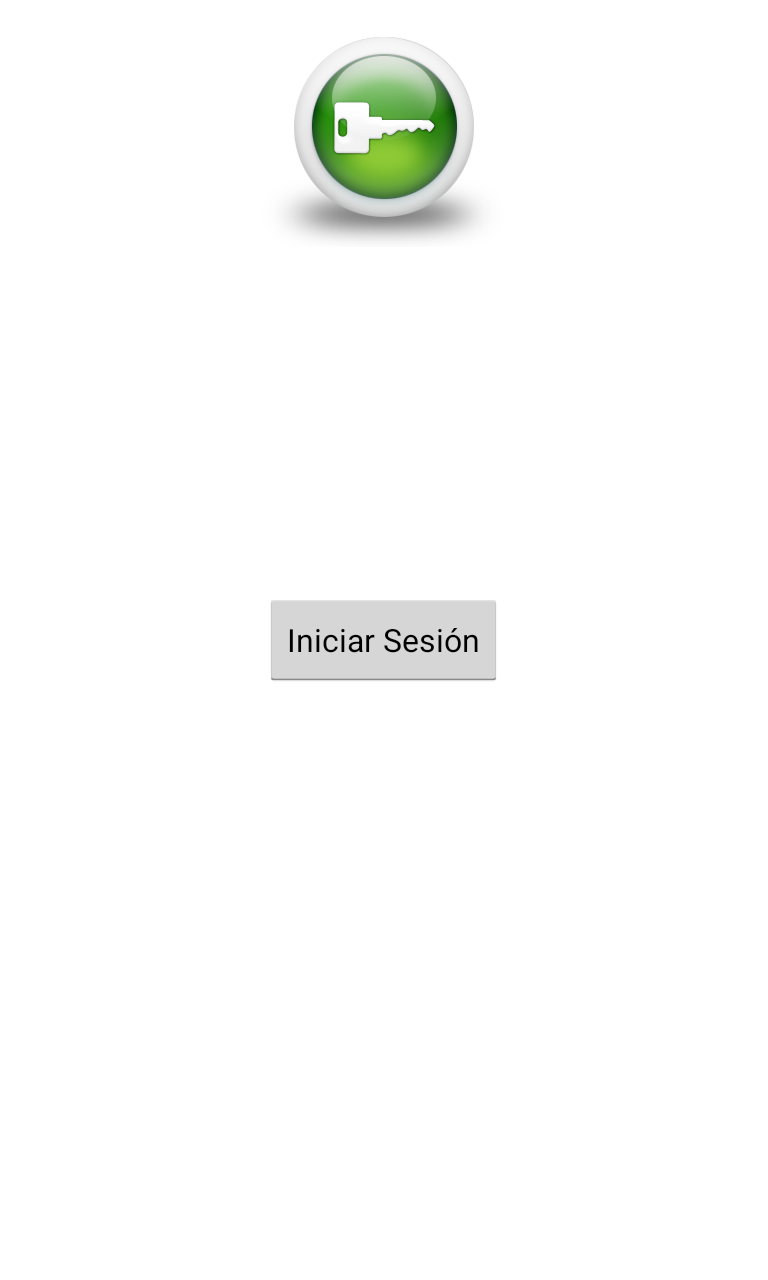
Repository: jlcd0004/sm_p11_practica1
Layout: Practica1/res/layout/fragmento2.xml
These files come from the project's save history. The layout is drawn as it stood at one moment and after the next save; the edit follows.
It is drawn on a 768 x 1280 px phone screen (xhdpi) without system bars, with theme AppTheme; the app's code is not run.

Above is the layout before, as saved 2015-10-21 19:29:47.

### Practica1/res/layout/fragmento2.xml
<?xml version="1.0" encoding="utf-8"?>
<RelativeLayout xmlns:android="http://schemas.android.com/apk/res/android"
    android:id="@+id/RelativeLayout1"
    android:layout_width="match_parent"
    android:layout_height="match_parent" >

    <ImageView
        android:id="@+id/imageView1"
        android:layout_width="wrap_content"
        android:layout_height="wrap_content"
        android:layout_alignParentLeft="true"
        android:layout_alignParentRight="true"
        android:src="@drawable/icono" />

    <Button
        android:id="@+id/button1"
        style="@style/AppTheme"
        android:layout_width="wrap_content"
        android:layout_height="wrap_content"
        android:layout_centerHorizontal="true"
        android:layout_centerVertical="true"
        android:text="@string/sesion" />

</RelativeLayout>

### Practica1/res/values/strings.xml
<?xml version="1.0" encoding="utf-8"?>
<resources>

    <string name="app_name">Practica1</string>
    <string name="hello_world">Hello world!</string>
    <string name="action_settings">Settings</string>
<string name="presentacion">José Luis Cabeza Díaz</string>
     <string name="presentacion2">Servicios Móviles, Práctica 1</string>
     <string name="sesion">Iniciar Sesión</string>

</resources>

Loaded but not shown: Practica1/res/values/styles.xml (common file); Practica1/res/values-v11/styles.xml (common file); Practica1/res/values-v14/styles.xml (common file)

After the next save:
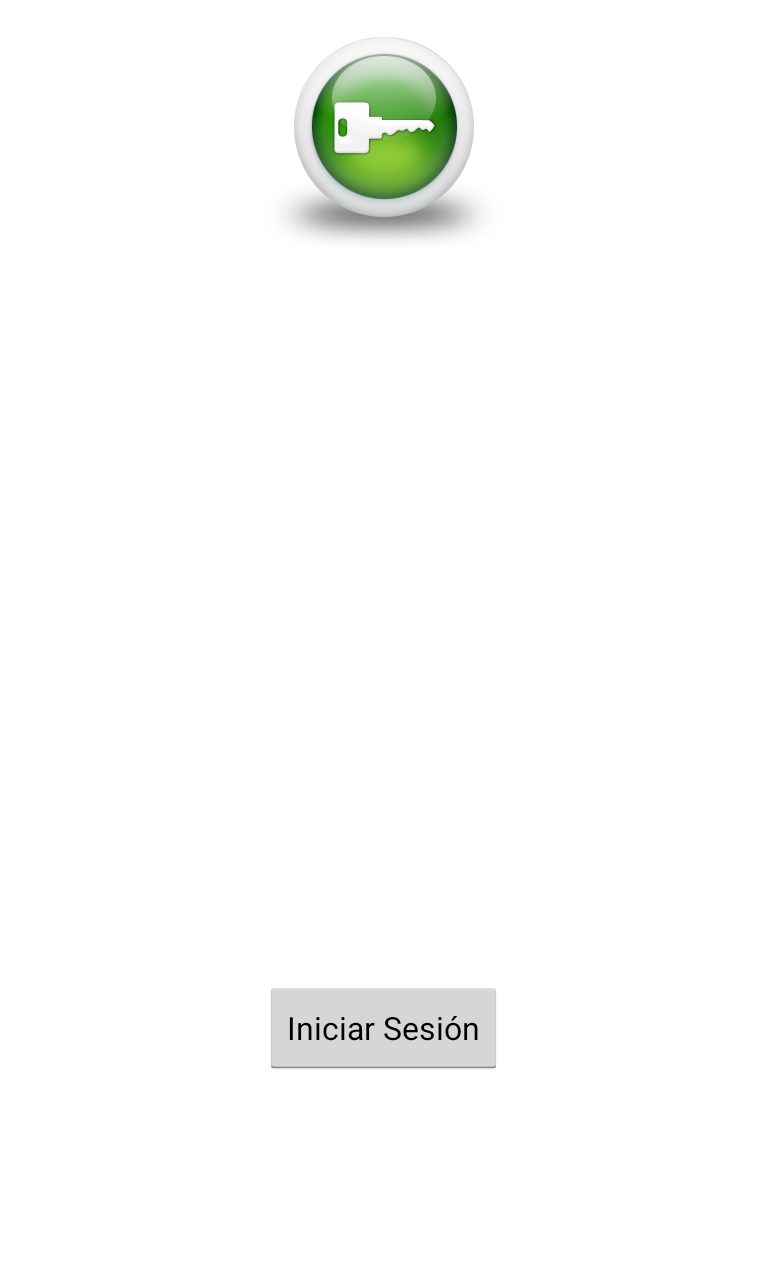
Saved 3 min 25 s later.
--- a/Practica1/res/layout/fragmento2.xml
+++ b/Practica1/res/layout/fragmento2.xml
@@ -17,8 +17,9 @@
         style="@style/AppTheme"
         android:layout_width="wrap_content"
         android:layout_height="wrap_content"
+        android:layout_alignParentBottom="true"
         android:layout_centerHorizontal="true"
-        android:layout_centerVertical="true"
+        android:layout_marginBottom="102dp"
         android:text="@string/sesion" />
 
 </RelativeLayout>

After the save that followed:
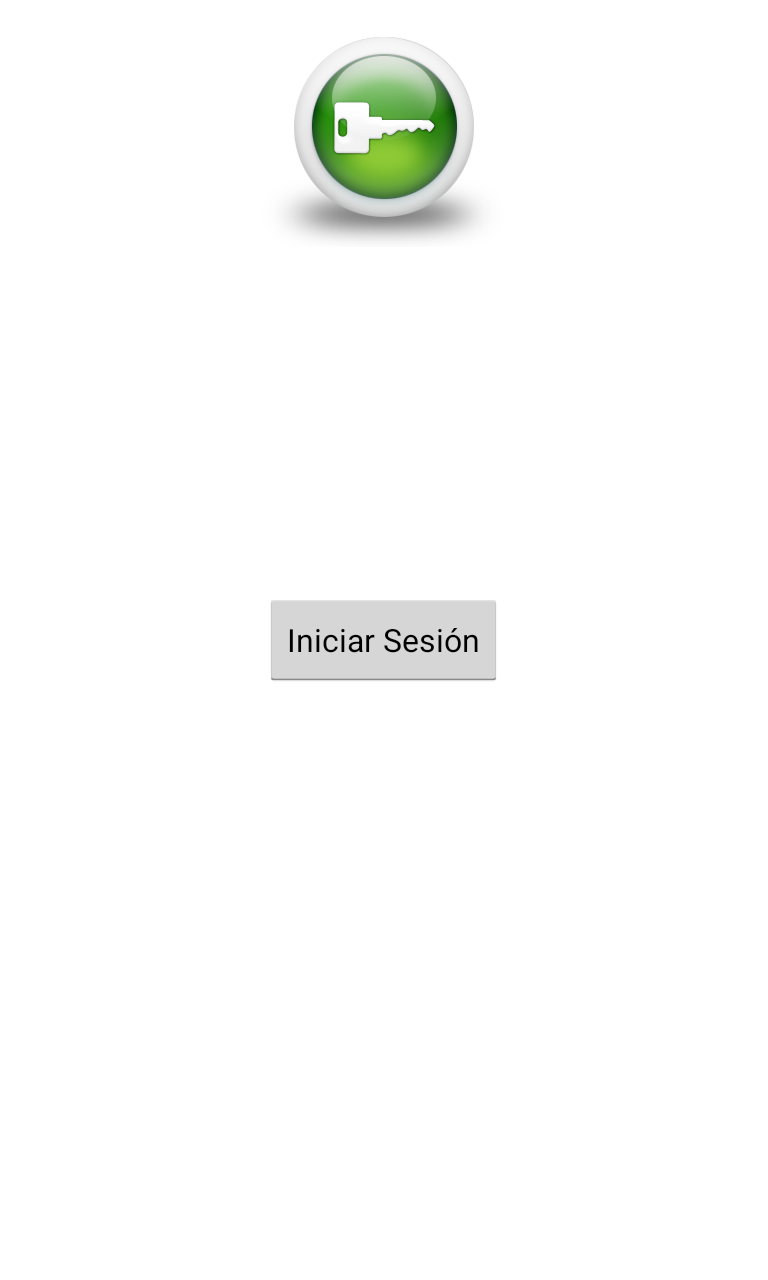
Saved 67 s later.
--- a/Practica1/res/layout/fragmento2.xml
+++ b/Practica1/res/layout/fragmento2.xml
@@ -17,9 +17,8 @@
         style="@style/AppTheme"
         android:layout_width="wrap_content"
         android:layout_height="wrap_content"
-        android:layout_alignParentBottom="true"
         android:layout_centerHorizontal="true"
-        android:layout_marginBottom="102dp"
+        android:layout_centerVertical="true"
         android:text="@string/sesion" />
 
 </RelativeLayout>
